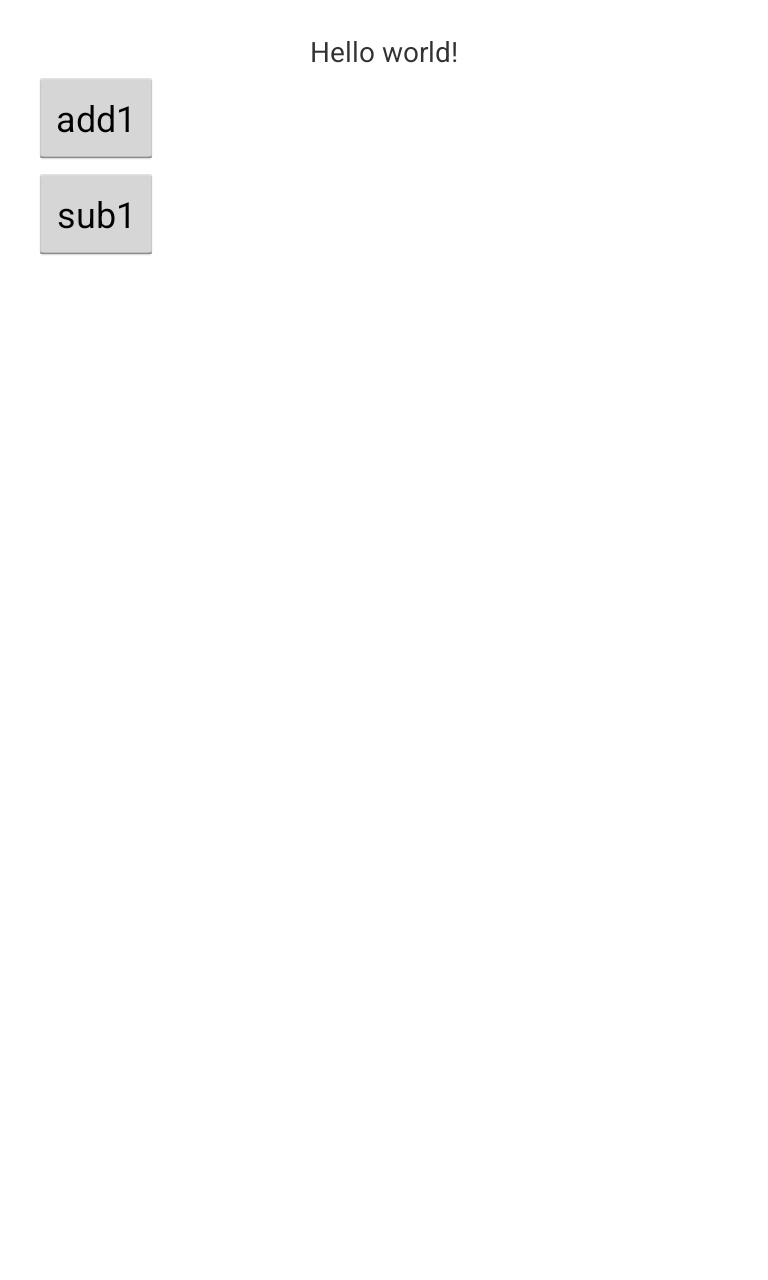
Repository: ShigerD/AndroidSample
Layout: Sample/Sample4/Sample4_2/Button/res/layout/activity_main.xml
The author's editor kept a copy of each file at every save. The layout is drawn from the files as they stood at one save, then again after the next save.
It is drawn on a 768 x 1280 px phone screen (xhdpi) without system bars, with theme AppTheme; the app's code is not run.

Above is the layout before, as saved 2016-08-19 03:55:36.

### Sample/Sample4/Sample4_2/Button/res/layout/activity_main.xml
<RelativeLayout xmlns:android="http://schemas.android.com/apk/res/android"
    xmlns:tools="http://schemas.android.com/tools"
    android:layout_width="match_parent"
    android:layout_height="match_parent"
    android:paddingBottom="@dimen/activity_vertical_margin"
    android:paddingLeft="@dimen/activity_horizontal_margin"
    android:paddingRight="@dimen/activity_horizontal_margin"
    android:paddingTop="@dimen/activity_vertical_margin"
    tools:context="com.example.button.MainActivity" >

    <TextView
        android:id="@+id/textView1"
        android:layout_width="wrap_content"
        android:layout_height="wrap_content"
        android:layout_centerHorizontal="true"
        android:text="@string/hello_world" />

    <LinearLayout
        android:id="@+id/linearLayout1"
        android:layout_width="match_parent"
        android:layout_height="wrap_content"
        android:layout_below="@+id/textView1"

     >

        <Button
            android:id="@+id/button1"
            android:layout_width="wrap_content"
            android:layout_height="wrap_content"
            android:text="@string/add1" />
    </LinearLayout>

    <LinearLayout
        android:layout_width="match_parent"
        android:layout_height="wrap_content"

        android:layout_below="@+id/linearLayout1"
     >

        <Button
            android:id="@+id/button2"
            android:layout_width="wrap_content"
            android:layout_height="wrap_content"
            android:text="@string/sub1" />

    </LinearLayout>

     <LinearLayout
        android:layout_width="match_parent"
        android:layout_height="wrap_content"

        android:layout_below="@+id/linearLayout1"
     >



    </LinearLayout>
</RelativeLayout>

### Sample/Sample4/Sample4_2/Button/res/values/strings.xml
<?xml version="1.0" encoding="utf-8"?>
<resources>

    <string name="app_name">Button</string>
    <string name="hello_world">Hello world!</string>
    <string name="action_settings">Settings</string>
    <string name="add1">add1</string>
    <string name="sub1">sub1</string>

</resources>

Loaded but not shown: Sample/Sample4/Sample4_2/Button/res/values/styles.xml (common file); Sample/Sample4/Sample4_2/Button/res/values-v11/styles.xml (common file); Sample/Sample4/Sample4_2/Button/res/values-v14/styles.xml (common file); Sample/Sample4/Sample4_2/Button/res/values/dimens.xml (common file); Sample/Sample4/Sample4_2/Button/res/values-w820dp/dimens.xml (common file)

After the next save:
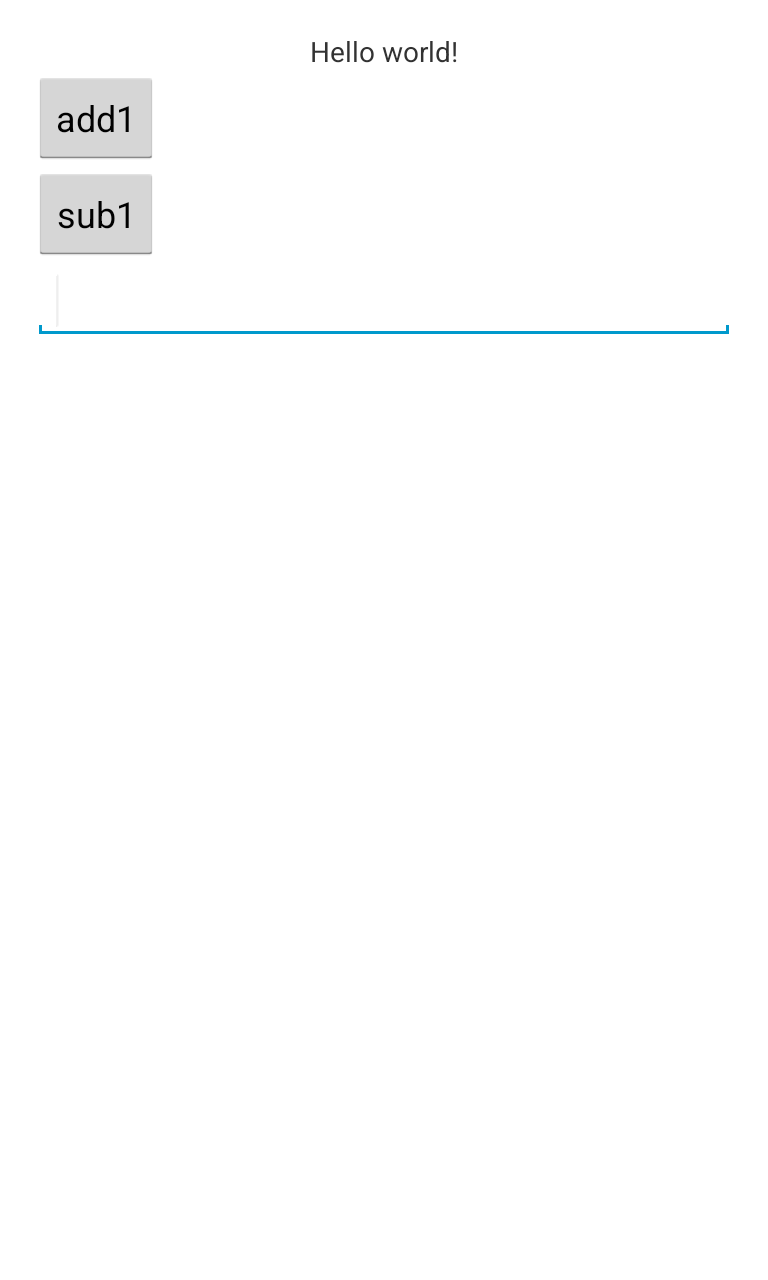
Saved 97 s later.
--- a/Sample/Sample4/Sample4_2/Button/res/layout/activity_main.xml
+++ b/Sample/Sample4/Sample4_2/Button/res/layout/activity_main.xml
@@ -19,9 +19,7 @@
         android:id="@+id/linearLayout1"
         android:layout_width="match_parent"
         android:layout_height="wrap_content"
-        android:layout_below="@+id/textView1"
-
-     >
+        android:layout_below="@+id/textView1" >
 
         <Button
             android:id="@+id/button1"
@@ -31,28 +29,34 @@
     </LinearLayout>
 
     <LinearLayout
+        android:id="@+id/linearLayout2"
         android:layout_width="match_parent"
         android:layout_height="wrap_content"
-
-        android:layout_below="@+id/linearLayout1"
-     >
+        android:layout_below="@+id/linearLayout1" >
 
         <Button
             android:id="@+id/button2"
             android:layout_width="wrap_content"
             android:layout_height="wrap_content"
             android:text="@string/sub1" />
+    </LinearLayout>
+
+    <LinearLayout
+        android:layout_width="match_parent"
+        android:layout_height="wrap_content"
+        android:layout_alignLeft="@+id/linearLayout3"
+        android:layout_below="@+id/linearLayout2" >
+
+        <EditText
+            android:id="@+id/editText1"
+            android:layout_width="match_parent"
+            android:layout_height="wrap_content"
+            android:layout_weight="1"
+            android:ems="10" >
+
+            <requestFocus />
+        </EditText>
 
     </LinearLayout>
 
-     <LinearLayout
-        android:layout_width="match_parent"
-        android:layout_height="wrap_content"
-
-        android:layout_below="@+id/linearLayout1"
-     >
-
-
-
-    </LinearLayout>
 </RelativeLayout>
